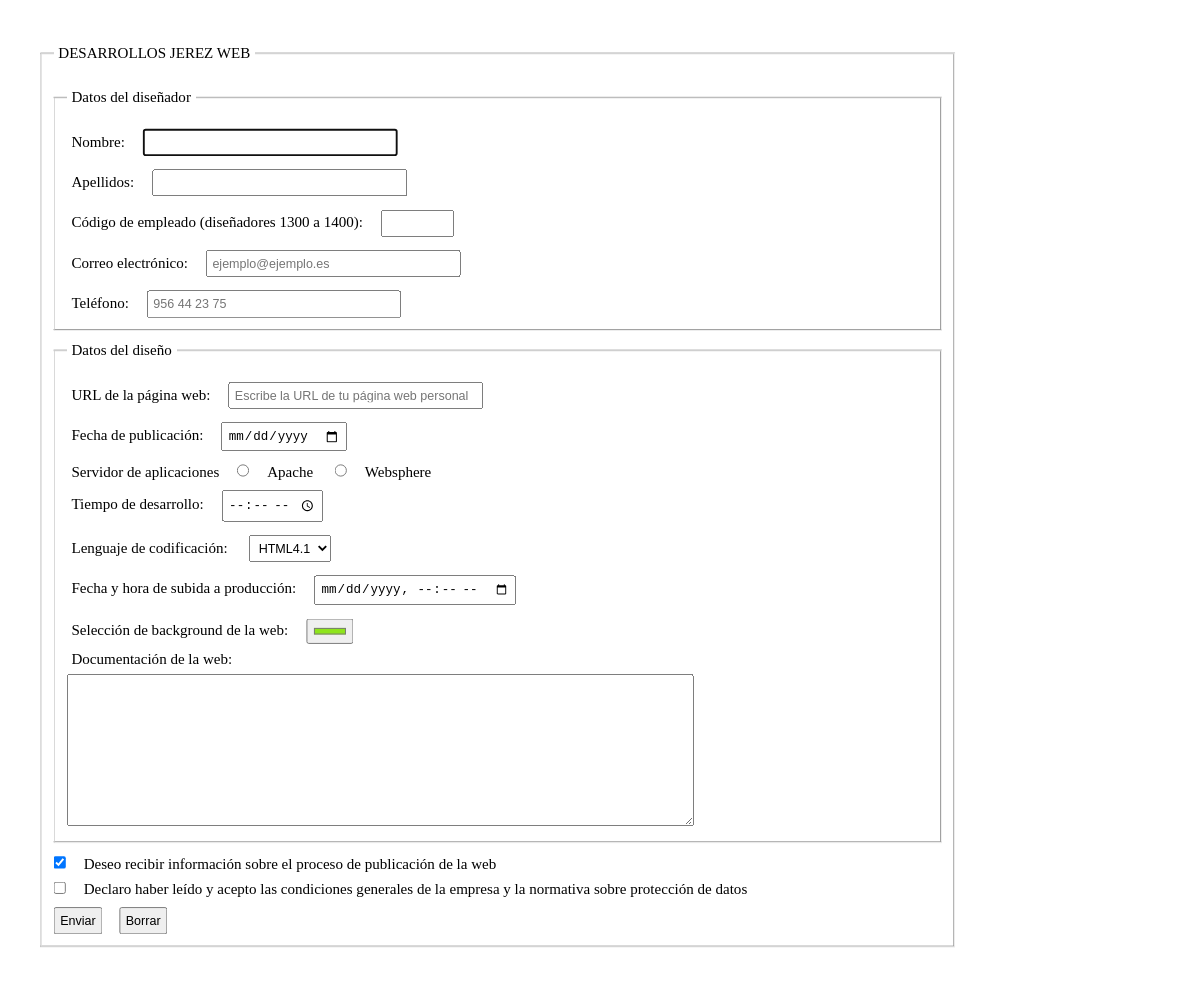
Repository: iSaan86/EV_Practica_FormularioCSS
Page: index.html
An editor plug-in stored every save of this project. The page is shown before and after the next save, followed by the edit.
The browser window is 1280 px wide. The pictures show the whole page, at 94% of full size.

Above is the page before, as saved 2024-01-11 17:41:35.

### index.html
<!DOCTYPE html>
<html lang="es-ES">

<head>
    <meta charset="UTF-8">
    <meta name="viewport" content="width=device-width, initial-scale=1.0">
    <meta name="keywords" content="formulario, html, css, practica">
    <meta name="description" content="Formularios">
    <meta name="author" content="Alexandra Ferrera Arenas">
    <link rel="icon" type="image/x-icon" href="img/logo-giro.png">
    <link rel="stylesheet" href="css/estilo.css">
    <title> Desarrollos JEREZ WEB </title>
</head>

<body>
    <!-- ABRO FORMULARIO -->
    <form method="get" action="" name="formulario1" id="formulario1">
        <!--AGRUPACION GENERAL-->
        <fieldset>
            <legend class="datos">DESARROLLOS JEREZ WEB</legend>
            <fieldset><legend class="datos2">Datos del diseñador</legend>
                <label for="nombre">Nombre:</label><input type="text" id="nombre" name="nombre" alt="indique su nombre" size="30%" autofocus required maxlength="50"><br>
                <label for="apellidos">Apellidos:</label><input type="text" id="apellidos" name="apellidos" alt="indique sus apellidos" size="30%" required maxlength="50"><br>
                <label for="codigo">Código de empleado (diseñadores 1300 a 1400):</label><input type="number" id="codigo" name="codigo" alt="indique su código de empleado" required min="1300" max="1400"><br>
                <label for="email">Correo electrónico:</label><input type="email" id="email" name="email" alt="indique su email" size="30%" placeholder="ejemplo@ejemplo.es" required><br>
                <label for="telefono">Teléfono:</label><input type="tel" id="telefono"  name="telefono" alt="indique su telefono" size="30%" placeholder="956 44 23 75"><br>
            </fieldset>
            <fieldset><legend class="datos2">Datos del diseño</legend>
                <label for="url">URL de la página web:</label><input type="url" id="url" name="url" alt="indique la URL de tu pagina web personal" size="30%" placeholder="Escribe la URL de tu página web personal"><br>
                <label for="fecha">Fecha de publicación:</label><input type="date" name="fecha" id="fecha"><br>
                <label for="servidor">Servidor de aplicaciones</label><input type="radio" id="apache" name="servidor" alt="verificar apache" value="Apache"><label for="hombre">Apache</label>
                <input type="radio" id="websphere" name="servidor" alt="verificar websphere" value="Websphere"><label for="mujer">Websphere</label><br>
                <label for="tiempo">Tiempo de desarrollo:</label><input type="time" name="tiempo" id="tiempo"><br>
                <label for="lenguaje">Lenguaje de codificación:</label>
                <select id="lenguaje" name="lenguaje" alt="Elija lenguaje de codificación"><br>
                    <option value="html5">HTML5</option>
                    <option value="xhtml">XHTML</option>
                    <option value="html4.1" selected>HTML4.1</option>
                </select><br>
                <label for="fechayhora">Fecha y hora de subida a producción:</label><input type="datetime-local" name="fechayhora" size="30%"><br>
                <label for="fondo">Selección de background de la web:</label><input type="color" name="fondo" size="30%" value="#8ee41b"><br>
                <label for="areatexto">Documentación de la web:</label><br>
                <textarea name="areatexto" cols="80" rows="10"></textarea>
            </fieldset>
            <input type="checkbox" name="acepto1" id="acepto1" alt="Check acepto recibir información" checked><label for="acepto1">Deseo recibir información sobre el proceso de publicación de la web</label><br>
            <input type="checkbox" name="acepto2" id="acepto2" alt="Check acepto condiciones"><label for="acepto1">Declaro haber leído y acepto las condiciones generales de la empresa y la normativa sobre protección de datos</label><br>
            <input type="submit" value="Enviar" alt="enviar formulario">
            <input type="reset" value="Borrar" alt="Borrar formulario">

        </fieldset>
    </form>
</body>

</html>

### css/estilo.css
@charset "UTF-8";

/* Para todo el html */
*{
    padding: 5px;
    margin:7px;
}
body{
    padding-right: 18%;
}
fieldset{
    border-color: #ebebeb;
}

After the next save:
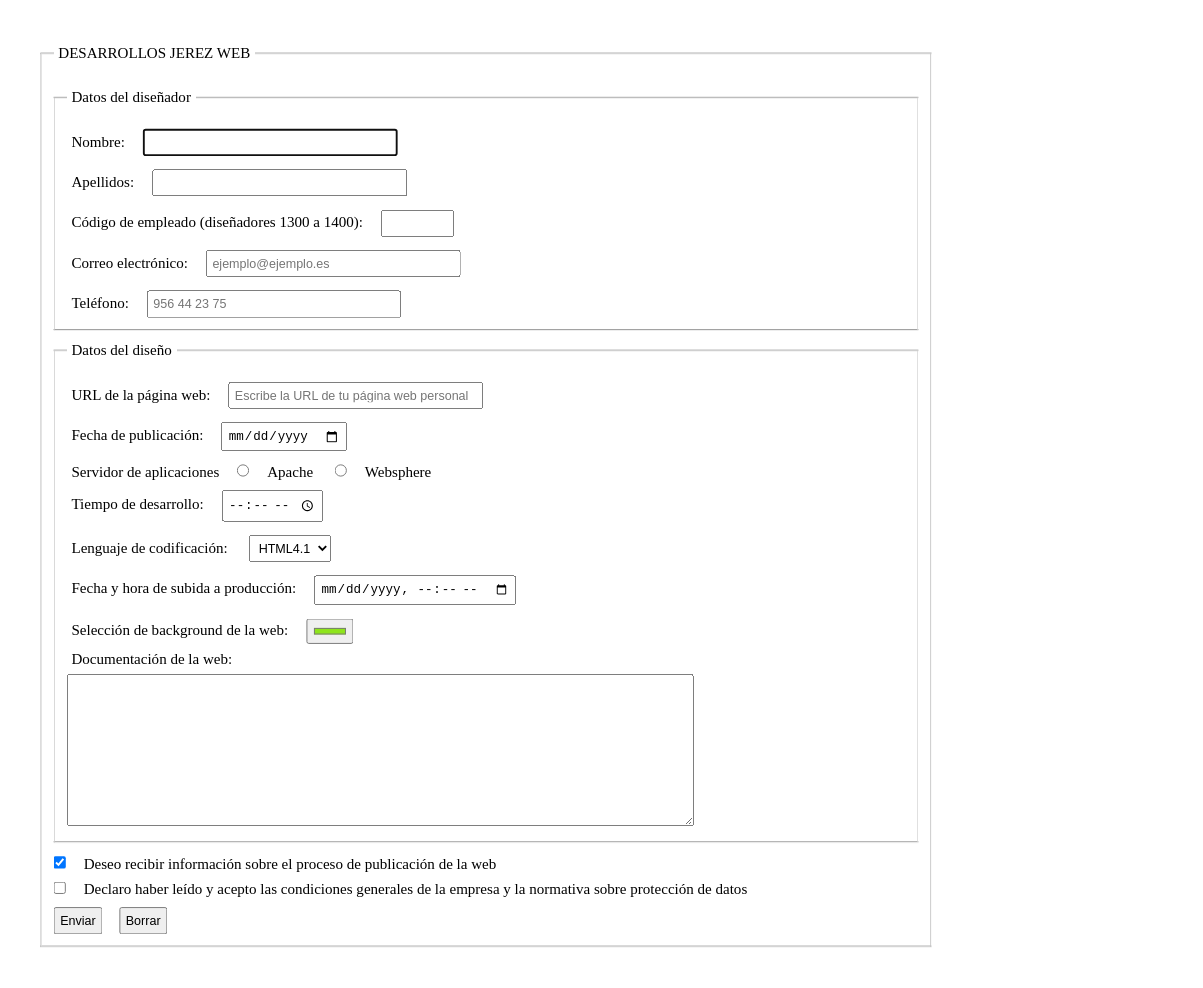
Saved 11 s later.
--- a/css/estilo.css
+++ b/css/estilo.css
@@ -6,7 +6,7 @@
     margin:7px;
 }
 body{
-    padding-right: 18%;
+    padding-right: 20%;
 }
 fieldset{
     border-color: #ebebeb;
